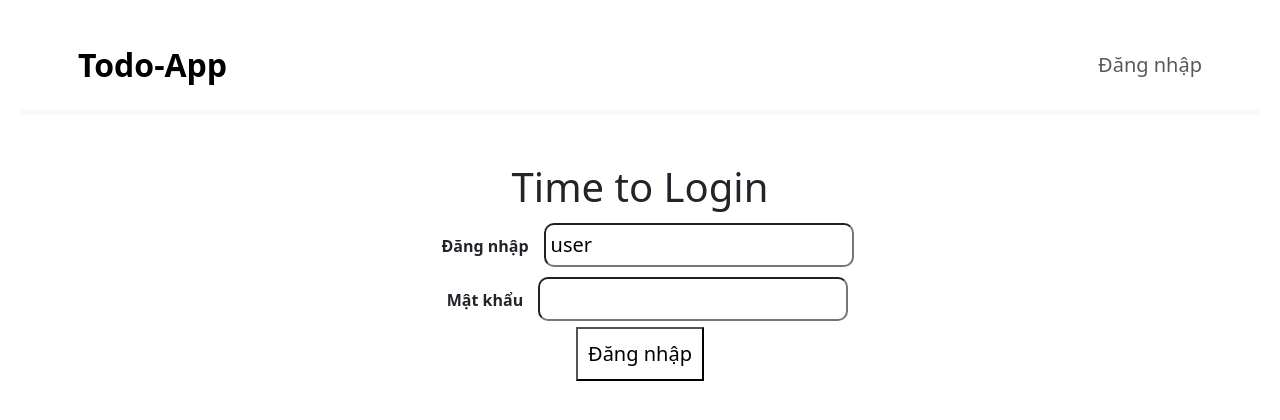
Repository: Nqvinh7603/ToDo-Management-App
Page: /
An editor plug-in stored every save of this project. The page is shown before and after the next save, followed by the edit.
The browser window is 1280 px wide. The pictures show the whole page.
The project was rebuilt for these pictures with package versions that can differ from the ones it lists, and the page was loaded fresh each time. Also part of the build but not shown: vite.config.js, src/todo/component/WelcomeComponent.jsx.

Above is the page before, as saved 2024-01-14 13:31:25.

### src/App.jsx
import React from 'react';
import "./App.css";
import "./index.css"
import TodoApp from './todo/TodoApp';
import 'bootstrap/dist/css/bootstrap.min.css'
const App = () => {
  return (
    <div className='App'>
      <TodoApp></TodoApp>
    </div>
  );
};

export default App;

### src/index.css

body {
  padding: 20px;
  margin: 20px;
  font-family: -apple-system, BlinkMacSystemFont, 'Segoe UI', 'Roboto', 'Oxygen',
    'Ubuntu', 'Cantarell', 'Fira Sans', 'Droid Sans', 'Helvetica Neue',
    sans-serif;
  -webkit-font-smoothing: antialiased;
  -moz-osx-font-smoothing: grayscale;
}

code {
  font-family: source-code-pro, Menlo, Monaco, Consolas, 'Courier New',
    monospace;
}

### src/App.css

.App {
  text-align: center;
  font-size: 20px;
}

### src/todo/TodoApp.jsx
import React, { useState } from "react";
import "./TodoApp.css";
import { BrowserRouter, Navigate, Route, Routes } from "react-router-dom";
import LogoutComponent from "./component/LogoutComponent";
import ListTodosComponent from "./component/ListTodosComponent";
import HeaderComponent from "./component/HeaderComponent";
import ErrorComponent from "./component/ErrorComponent";
import WelcomeComponent from "./component/WelcomeComponent";
import LoginComponent from "./component/LoginComponent";
import AuthProvider, { useAuth } from "./security/AuthContext";
function AuthencicateRoute({ children }) {
  const authContext = useAuth();
  if (authContext.isAuthenticated) return children;
  return <Navigate to="/"></Navigate>;
}
const TodoApp = () => {
  return (
    <div className="TodoApp">
      <AuthProvider>
        <BrowserRouter>
          <HeaderComponent />
          <Routes>
            <Route path="/" element={<LoginComponent />} />
            <Route path="/login" element={<LoginComponent />} />
            <Route
              path="/welcome/:username"
              element={
                <AuthencicateRoute>
                  <WelcomeComponent />
                </AuthencicateRoute>
              }
            />
            <Route
              path="/todos"
              element={
                <AuthencicateRoute>
                  {" "}
                  <ListTodosComponent />
                </AuthencicateRoute>
              }
            />
            <Route
              path="/logout"
              element={
                <AuthencicateRoute>
                  {" "}
                  <LogoutComponent />
                </AuthencicateRoute>
              }
            />
            <Route path="*" element={<ErrorComponent />} />
          </Routes>
        </BrowserRouter>
      </AuthProvider>
    </div>
  );
};

export default TodoApp;

### src/todo/TodoApp.css

label, input, button{
    margin: 10px;
    padding: 5px;
}
label{
    font-size: 1rem;
    font-weight: bold;
}
input{
    border-radius: 10px;
}
button{
    margin-top: 100px;
    background-color: #fff;
    color: #000;
    padding: 10px;
    border-radius: 5px;

}
/* .LoginForm{
    display: flex;
  flex-direction: column;
  justify-content: space-between;
  align-items: center;
  width: 300px;
  height: 250px;
}
label {
    font-size: 1rem;
    font-weight: bold;
  }

  input {
    width: 100%;
    padding: 10px;
    border-radius: 5px;
  }

  button {
    margin-top: 100px;
    background-color: #fff;
    color: #000;
    padding: 10px;
    border-radius: 5px;
  } */
footer {
    bottom: 0;
    position: absolute;
    width: 90%;
    height: 40px;
}

### src/todo/component/HeaderComponent.jsx
import React, { useContext } from "react";
import { Link } from "react-router-dom";
import { useAuth } from "../security/AuthContext";

const HeaderComponent = () => {
  const authContext = useAuth();
  const isAuthenticated = authContext.isAuthenticated;
  function logout(){
    authContext.logout();
  }
  return (
    <header className="border-bottom border-light border-5 mb-5 p-2">
      <div className="container">
        <div className="row">
          <nav className="navbar navbar-expand-lg">
            <a
              className="navbar-brand ms-2 fs-2 fw-bold text-black"
              href="https://github.com/Nqvinh7603"
            >
              Todo-App
            </a>
            <div className="collapse navbar-collapse">
              <ul className="navbar-nav">
                <li className="nav-item fs-5">
                  {isAuthenticated && (
                    <Link className="nav-link" to="/welcome/user">
                      Trang chủ
                    </Link>
                  )}
                </li>
                <li className="nav-item fs-5">
                  {isAuthenticated && (
                    <Link className="nav-link" to="/todos">
                      Việc cần làm
                    </Link>
                  )}
                </li>
              </ul>
            </div>
            <ul className="navbar-nav">
              <li className="nav-item fs-5">
              {!isAuthenticated && <Link className="nav-link" to="/login">Đăng nhập</Link> }
              </li>
              <li className="nav-item fs-5">
              {isAuthenticated && <Link className="nav-link" to="/logout" onClick={logout}>Đăng xuất</Link> }
              </li>
            </ul>
          </nav>
        </div>
      </div>
    </header>
  );
};

export default HeaderComponent;

### src/todo/component/LoginComponent.jsx
import React, { useState } from 'react';
import { useNavigate } from 'react-router-dom';
import { useAuth } from '../security/AuthContext';

const LoginComponent = () => {
    const [username, setUsername] = useState("user");
  const [password, setPassword] = useState("");
  const [showSuccessMessage, setShowSuccessMessage] = useState(false);
  const [showErrorMessage, setShowErrorMessage] = useState(false);
  const navigate = useNavigate();
  const authContext = useAuth();
  function handleUsernameChange(event) {
    setUsername(event.target.value);
  }
  function handlePasswordChange(event) {
    setPassword(event.target.value);
  }
  function handleSubmit() {
     if (authContext.login(username, password)) {
      navigate(`/welcome/${username}`);

    } else {
      setShowErrorMessage(true);
    }
  }
  function SuccessMessageComponent() {
    if (showSuccessMessage) {
      return <div className="successMessage">Đăng nhập thành công</div>;
    }
    return null;
  }
  function ErrorMessageComponent() {
    if (showErrorMessage) {
      return;
    }
    return null;
  }
  return (
    <div className="Login">
      <h1>Time to Login</h1>
      {showSuccessMessage && (
        <div className="successMessage">Đăng nhập thành công</div>
      )}
      {showErrorMessage && (
        <div className="errorMessage">
          Đăng nhập thất bại Vui lòng kiểm tra lại mật khẩu hoặc tên đăng nhập
        </div>
      )}
      <div className="LoginForm">
        <div>
          <label>Đăng nhập</label>
          <input
            type="text"
            name="username"
            value={username}
            onChange={handleUsernameChange}
          />
        </div>
        <div>
          <label>Mật khẩu</label>
          <input
            type="password"
            name="password"
            value={password}
            onChange={handlePasswordChange}
          />
        </div>
        <div>
          <button type="button" name="login" onClick={handleSubmit}>
            Đăng nhập
          </button>
        </div>
      </div>
    </div>
  );
};

export default LoginComponent;

### src/todo/security/AuthContext.jsx
import React, { createContext, useContext, useState } from "react";
import { Navigate } from "react-router-dom";

export const AuthContext = createContext();
export const useAuth = () => useContext(AuthContext);
export default function AuthProvider({ children }) {
  const [isAuthenticated, setAuthenticated] = useState(false);
  function login(username, password){
    if (username === "user" && password === "123") {
        setAuthenticated(true);
         return true;
      } else {
        setAuthenticated(false);
        return false;
      }
  }
  function logout(){
    setAuthenticated(false);
  }
  return (
    <AuthContext.Provider value={ {isAuthenticated, login, logout}}>
      {children}
    </AuthContext.Provider>
  );
}

### src/todo/api/HellWorldApiService.jsx
import axios from "axios";
axios.create(

)
export const retrieveHelloWorldBean = () => axios.get('http://localhost:8080/hello-world-bean');
export const retrieveHelloWorldPathVariable = (username) => axios.get(`http://localhost:8080/hello-world/path-variable/${username}`);

### src/todo/component/LogoutComponent.jsx
import React from 'react';

const LogoutComponent = () => {
    return (
        <div className="LogoutComponent">
        <h1>Bạn đã đăng xuất!!!</h1>
        <div>Cảm ơn bạn đã sử dụng App.</div>
      </div>
    )
};

export default LogoutComponent;

### src/todo/component/ListTodosComponent.jsx
import React from 'react';

const ListTodosComponent = () => {
    const today = new Date();
  const targetDate = new Date(
    today.getFullYear() + 12,
    today.getMonth(),
    today.getDay()
  );
  const todos = [
    { id: 1, description: "Learn Java", done: false, targetDate: targetDate },
    { id: 2, description: "Learn Itels", done: false, targetDate: targetDate },
    { id: 3, description: "Learn SQL", done: false, targetDate: targetDate },
  ];
  return (
    <div className="container">
      <h1>Việc cần làm</h1>
      <div>
        <table className="table">
          <thead>
            <tr>
              <td>STT</td>
              <td>Mô tả</td>
              <td>Đã hoàn thành</td>
              <td>Deadline</td>
            </tr>
          </thead>
          <tbody>
            {todos.map((todo) => (
              // eslint-disable-next-line react/jsx-key
              <tr key={todo.id}>
                <td>{todo.id}</td>
                <td>{todo.description}</td>
                <td>{todo.done.toString()}</td>
                <td>{todo.targetDate.toDateString()}</td>
              </tr>
            ))}
          </tbody>
        </table>
      </div>
    </div>
  );
};

export default ListTodosComponent;

### src/todo/component/ErrorComponent.jsx
import React from 'react';

const ErrorComponent = () => {
    return (
        <div className="ErrorComponent">
      <h1>We are working really hard</h1>
      <div>Apologies for the 404. Reach out to me!!!</div>
    </div>
    );
};

export default ErrorComponent;

Loaded but not shown: index.html (common file); src/main.jsx (common file)

After the next save:
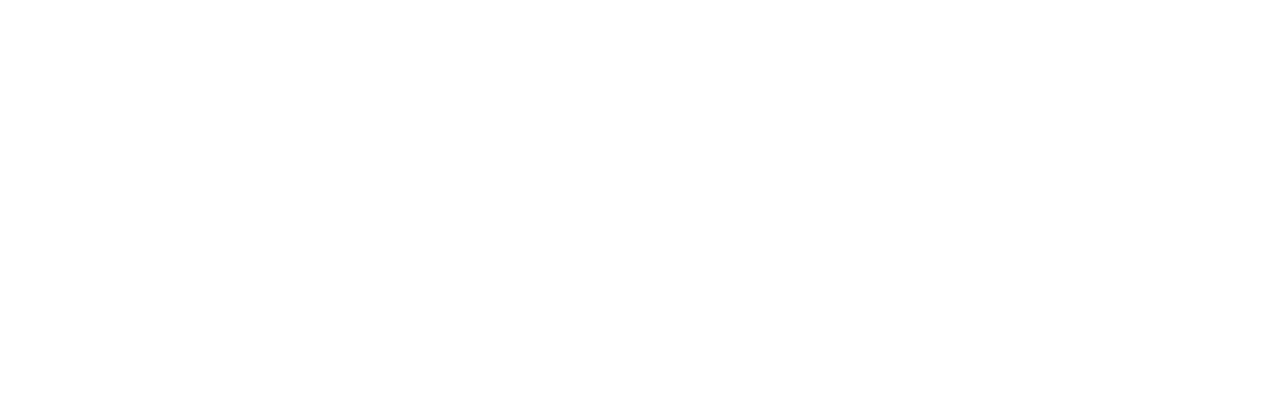
Console error: ReferenceError: baseURL is not defined
Saved 6 s later.
--- a/src/todo/api/HellWorldApiService.jsx
+++ b/src/todo/api/HellWorldApiService.jsx
@@ -1,6 +1,8 @@
 import axios from "axios";
 axios.create(
-
+    {
+        baseURL
+    }
 )
 export const retrieveHelloWorldBean = () => axios.get('http://localhost:8080/hello-world-bean');
 export const retrieveHelloWorldPathVariable = (username) => axios.get(`http://localhost:8080/hello-world/path-variable/${username}`);

After the 3 saves that followed:
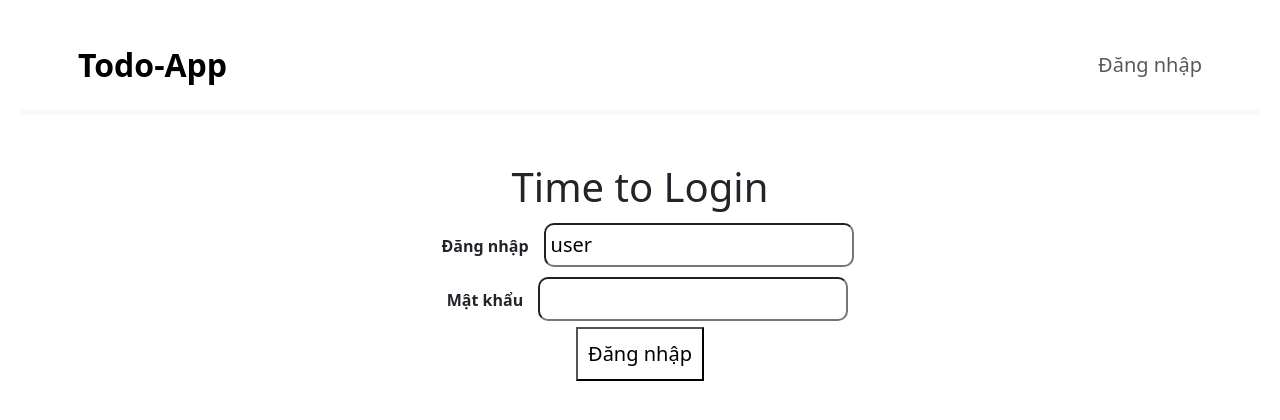
The error is gone.
The 3 saves are shown as one change because 2 did not build or start.
The last was saved 25 s later.
--- a/src/todo/api/HellWorldApiService.jsx
+++ b/src/todo/api/HellWorldApiService.jsx
@@ -1,7 +1,7 @@
 import axios from "axios";
 axios.create(
     {
-        baseURL
+        baseURL : 'http://localhost:8080'
     }
 )
 export const retrieveHelloWorldBean = () => axios.get('http://localhost:8080/hello-world-bean');
